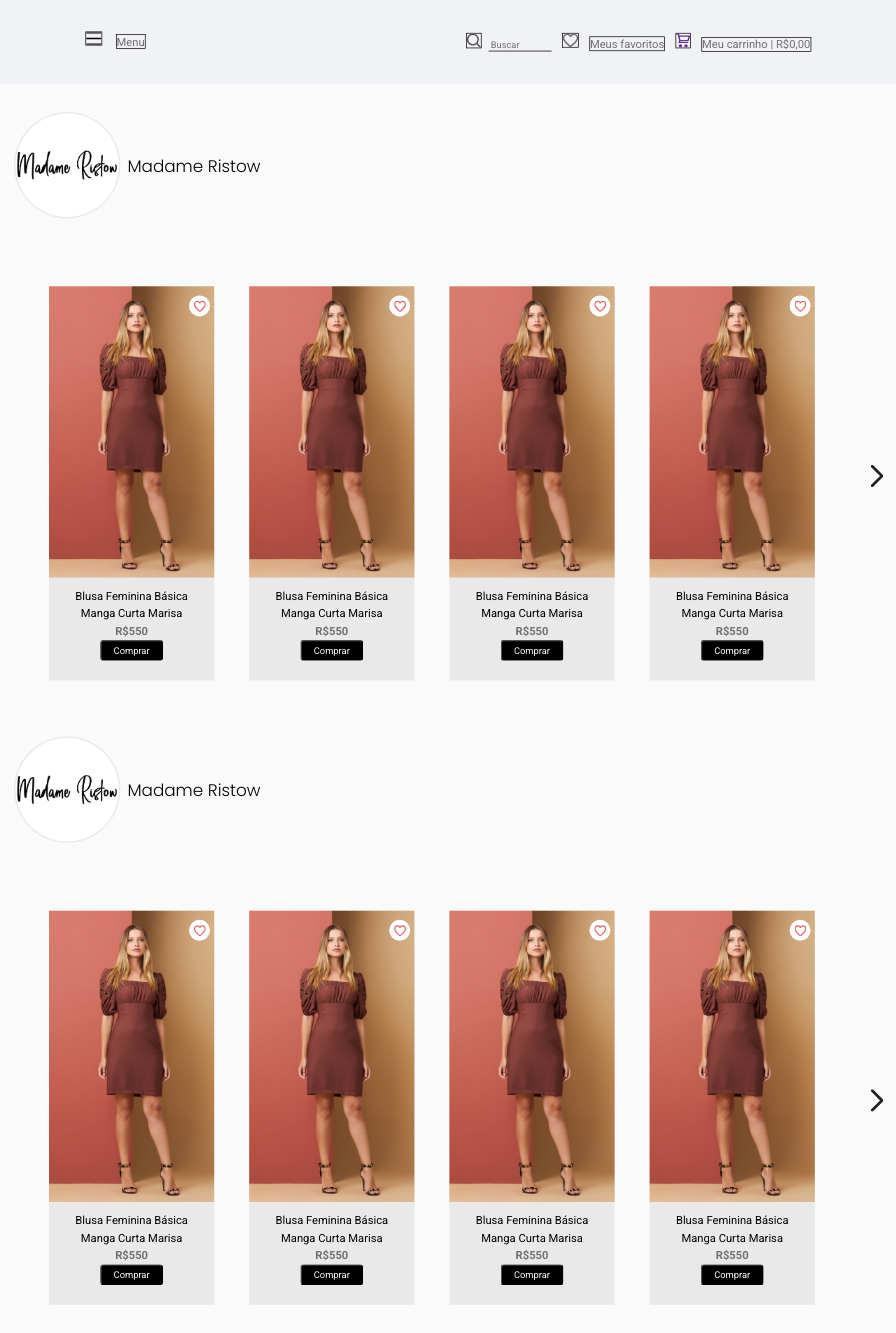
Repository: gutobarbosa/FrontEndLojaVirtual
Page: /
An editor plug-in stored every save of this project. The page is shown before and after the next save, followed by the edit.
The browser window is 1280 px wide. The pictures show the whole page, at 70% of full size.
The project was rebuilt for these pictures with package versions that can differ from the ones it lists, and the page was loaded fresh each time. Also part of the build but not shown: src/pages/Repository/styles.ts, src/services/api.ts, src/pages/Repository/index.tsx.

Above is the page before, as saved 2020-11-22 02:22:25.

### public/index.html
<!DOCTYPE html>
<html lang="en">
  <head>
    <meta charset="utf-8" />
    <meta name="viewport" content="width=device-width, initial-scale=1" />
    <meta name="theme-color" content="#000000" />

    <title></title>
    <link href="https://fonts.googleapis.com/css2?family=Roboto:wght@400;700&display=swap" rel="stylesheet">
    <link rel="preconnect" href="https://fonts.gstatic.com">
    <link rel="preconnect" href="https://fonts.gstatic.com">
<link href="https://fonts.googleapis.com/css2?family=Poppins:ital,wght@0,300;0,400;1,200&display=swap" rel="stylesheet">
</head>
  <body>
    <noscript>You need to enable JavaScript to run this app.</noscript>
    <div id="root"></div>

  </body>
</html>

### src/App.tsx
import React from 'react';
import { BrowserRouter as Router } from 'react-router-dom';

import Routes from './routes';

import GlobalStyle from '../src/styles/global';

const App: React.FC = () => (
  <>
    <GlobalStyle />
    <Router>
      <Routes />
    </Router>
  </>
);

export default App;

### src/routes/index.tsx
import React from 'react';
import {Switch, Route} from 'react-router-dom';

import Dashboard from '../pages/Dashboard';
import Repository from '../pages/Repository';

// rota da url, nesse caso a nossa rota atual é a raiz então vai apenas a / e o componente é que sera acessado através desse endereço url
const Routes: React.FC = () =>{
    return (
        <Switch>
            <Route path="/" exact component={Dashboard} />
            <Route path="/repositories/:repository+" component={Repository} />
        </Switch>
    );
}

export default Routes;

### src/styles/global.ts
import { createGlobalStyle } from 'styled-components';

export default createGlobalStyle`
  * {
    margin: 0;
    padding: 0;
    outline: 0;
    box-sizing: border-box;
  }

  body {
    background: #FAFAFA ;
    -webkit-font-smoothing: antialiased

  }

  body, input, button {
    font-family: 'Roboto', sans-serif;
    max-width: 1500vw;
  }

  button {
    cursor: pointer;
  }
`;

### src/pages/Dashboard/index.tsx
/* eslint-disable no-undef */

import React from "react";
import { Container, ContainerProducts } from "./styles";
import lefticon from '../../assets/avatar 152 x 152px.png';
import productimage from '../../assets/image-product.png';
import arrownext from '../../assets/arrowNext.svg';
import iconheart from '../../assets/iconHeart.svg';

import Header from '../../components/Header';

//import { Container, CardContainer, Card, TableContainer } from './styles';

const Dashboard: React.FC = () => {

  return (
    <>
    <Header/>
    <Container>
    <img src={lefticon} alt="Hamburguer" />
    <h3>Madame Ristow</h3>
    </Container>
    <ContainerProducts>
    <div className="containerBox">
            <div className="heart">
                <img src={iconheart} alt="Product" />
            </div>
            <div className="productBox">
                <div className="productImage">
                <img src={productimage} alt="Product" />
                </div>
                <div className="productinformation">
                <p>Blusa Feminina Básica Manga Curta Marisa<br/></p>
                    <p className ="bold">R$550 <br/></p>
                    <div className="buttonBuy">
                        <button>Comprar</button>
                    </div>
                </div>
            </div>
        </div>
        <div className="containerBox">
            <div className="heart">
                <img src={iconheart} alt="Product" />
            </div>
            <div className="productBox">
                <div className="productImage">
                <img src={productimage} alt="Product" />
                </div>
                <div className="productinformation">
                <p>Blusa Feminina Básica Manga Curta Marisa<br/></p>
                    <p className ="bold">R$550 <br/></p>
                    <div className="buttonBuy">
                        <button>Comprar</button>
                    </div>
                </div>
            </div>
        </div>
        <div className="containerBox">
            <div className="heart">
                <img src={iconheart} alt="Product" />
            </div>
            <div className="productBox">
                <div className="productImage">
                <img src={productimage} alt="Product" />
                </div>
                <div className="productinformation">
                <p>Blusa Feminina Básica Manga Curta Marisa<br/></p>
                    <p className ="bold">R$550 <br/></p>
                    <div className="buttonBuy">
                        <button>Comprar</button>
                    </div>
                </div>
            </div>
        </div>
        <div className="containerBox">
            <div className="heart">
                <img src={iconheart} alt="Product" />
            </div>
            <div className="productBox">
                <div className="productImage">
                <div>
                <img src={productimage} alt="Product" />
                </div>

                </div>
                <div className="productinformation">
                    <p>Blusa Feminina Básica Manga Curta Marisa<br/></p>
                    <p className ="bold">R$550 <br/></p>
                    <div className="buttonBuy">
                        <button>Comprar</button>
                    </div>
                </div>
            </div>
        </div>
        <div className="arrowNext">
            <img src={arrownext} alt="arrownext" />
        </div>
    </ContainerProducts>

    <Container>
    <img src={lefticon} alt="Hamburguer" />
    <h3>Madame Ristow</h3>
    </Container>
    <ContainerProducts>
        <div className="containerBox">
            <div className="heart">
                <img src={iconheart} alt="Product" />
            </div>
            <div className="productBox">
                <div className="productImage">
                <img src={productimage} alt="Product" />
                </div>
                <div className="productinformation">
                <p>Blusa Feminina Básica Manga Curta Marisa<br/></p>
                    <p className ="bold">R$550 <br/></p>
                    <div className="buttonBuy">
                        <button>Comprar</button>
                    </div>
                </div>
            </div>
        </div>
        <div className="containerBox">
            <div className="heart">
                <img src={iconheart} alt="Product" />
            </div>
            <div className="productBox">
                <div className="productImage">
                <img src={productimage} alt="Product" />
                </div>
                <div className="productinformation">
                <p>Blusa Feminina Básica Manga Curta Marisa<br/></p>
                    <p className ="bold">R$550 <br/></p>
                    <div className="buttonBuy">
                        <button>Comprar</button>
                    </div>
                </div>
            </div>
        </div>
        <div className="containerBox">
            <div className="heart">
                <img src={iconheart} alt="Product" />
            </div>
            <div className="productBox">
                <div className="productImage">
                <img src={productimage} alt="Product" />
                </div>
                <div className="productinformation">
                <p>Blusa Feminina Básica Manga Curta Marisa<br/></p>
                    <p className ="bold">R$550 <br/></p>
                    <div className="buttonBuy">
                        <button>Comprar</button>
                    </div>
                </div>
            </div>
        </div>

        <div className="containerBox">
            <div className="heart">
                <img src={iconheart} alt="Product" />
            </div>
            <div className="productBox">
                <div className="productImage">
                <div>
                <img src={productimage} alt="Product" />
                </div>

                </div>
                <div className="productinformation">
                    <p>Blusa Feminina Básica Manga Curta Marisa<br/></p>
                    <p className ="bold">R$550 <br/></p>
                    <div className="buttonBuy">
                        <button>Comprar</button>
                    </div>
                </div>
            </div>
        </div>
        <div className="arrowNext">
            <img src={arrownext} alt="arrownext" />
        </div>
    </ContainerProducts>
    </>
  );
};

export default Dashboard;

### src/pages/Dashboard/styles.ts
import styled from 'styled-components';
/*
interface CardProps {
  total?: boolean;
}*/

export const Container = styled.div`
  width: 100%;
  max-width: 1600px;
  margin: 0 auto;
  padding: 40px 20px;
  display: flex;
  align-items: center;


    img {
        justify-content: flex-start;
    }

    h3 {
        color: black;
        margin-left: 10px;
        font-family: 'Poppins', sans-serif;
        font-size: 24px;
        font-weight: 300;
    }
`;
export const ContainerProducts = styled.div`
width: 100%;
max-width: 1600px;
margin: 0 auto;
padding: 40px 20px;
display: flex;
align-items: center;
    .containerBox{
        width:100%;
        max-width: 300px;
        margin-left: 10px
    }
    .heart {
        width: 30px;
        height: 30px;
        background-color: white;
        border-radius: 15px;
        position: relative;
        right: -240px;
        top: 30px;
        align-items: center;
        cursor: pointer;
    }
    .heart img {
        align-items: center;
        width: 17px;
        height: 17px;
        margin: 0 auto;
        position: relative;
        top: 7px;
        left: 7px;
    }
    .productBox {
        width: 236px;
        height: 550px;
        margin-left: 40px;
        background: #E9E9E9;
    }
    .productinformation {
        max-width: 250px;
        max-height: 150px;
    }
    .productImage{
        max-width: 236px;
        max-height: 416px;
    }
    .productImage img {
        width: 100%;
        height: 416px;
        margin-top: -13px;
    }

    .arrowNext {
        margin-left: 80px;
    }
    .productinformation{
        width: 200px;
        size: 20px;
        justify-content: center;
        margin: 0 auto;
        margin-top: 10px;
    }
    .productinformation p{
        text-align: center;
        line-height: 25px;
    }
    .buttonBuy {
        width: 100%;
        margin: 0 auto;
        text-align: center;
    }
    .productinformation button{
        background: black;
        color: white;
        width: 90px;
        height: 30px;
        border-radius: 5px;
        cursor: pointer;
    }

    .bold{
        color: #707070;
        font-weight: bold;
    }


`;

### src/components/Header/index.tsx
import React from 'react';

//import { Link } from 'react-router-dom';
import hamburguerBars from '../../assets/hamburguer.svg';
import searchicon from '../../assets/searchIcon.svg';
import favoriteicon from '../../assets/favoriteIcon.svg';
import mycaricon from '../../assets/mycarIcon.svg'
import { Container, ContainerHeader, ContentLeft, ContentRight } from '../Header/styles';




const Header: React.FC = () => (
  <Container>
    <ContainerHeader>
    <header>
      <ContentLeft>
        <div className="menuTotal">
          <img src={hamburguerBars} alt="Hamburguer" />
          <span className="menu">Menu</span>
        </div>
      </ContentLeft>
      <ContentRight>
        <div className="searchTotal">
          <img src={searchicon} alt="Hamburguer" />
          <input placeholder=" Buscar" type="text"/>
        </div>
        <div className="favoritesTotal">
          <img src={favoriteicon} alt="Favorite" />
          <span>Meus favoritos</span>
        </div>
        <div className="MycarTotal">
          <img src={mycaricon} alt="Mycar" />
          <span>Meu carrinho | R$0,00</span>
        </div>
      </ContentRight>
    </header>
    </ContainerHeader>
  </Container>
);

export default Header;

### src/components/Header/styles.ts
import styled from 'styled-components';
/*
interface ContainerProps {
  size?: 'small' | 'large';
}*/

export const Container = styled.div`
  background: #F0F2F5;
  padding: 30px;
  width: 100%;

  header {
    height: 60px;
    margin: 0 auto;
    display: flex;
    align-items: center;
    justify-content: space-between;
  }

  span {
    color: #707070;
    text-align: left;
    opacity: 1;
    margin-left: 35px;
    cursor: pointer;
    border: 1px solid black;
  }
  .menu{
    margin-left: 10px;

  }
  input {
    border-left: 0px solid black;
    border-right: 0px solid black;
    border-top: 0px solid black;
    width: 90px;
    background: #F0F2F5;
  }

   img {
    margin-right: 10px;
    border: 1px solid black;
   }

   .menuTotal{
     width:100px;
     height:30px;
     cursor:pointer;
   }

   .menuTotal:hover{
    opacity: 0.5;
  }
`;

export const ContainerHeader = styled.div`
width: 85%;
margin: 0 auto;
`;


export const ContentLeft = styled.div`

`;

export const ContentRight = styled.div`
  display: flex;
  margin-left: 20px;
  .favoritesTotal img {
        margin-right: -20px;
        margin-left: 15px
    }

    .favoritesTotal:hover{
        cursor:pointer;
        opacity: 0.7;
    }

    .MycarTotal img {
        margin-right: -20px;
        margin-left: 15px
    }

    .MycarTotal:hover{
        cursor:pointer;
        opacity: 0.7;
    }


`;

Loaded but not shown: src/index.tsx (common file)

After the next save:
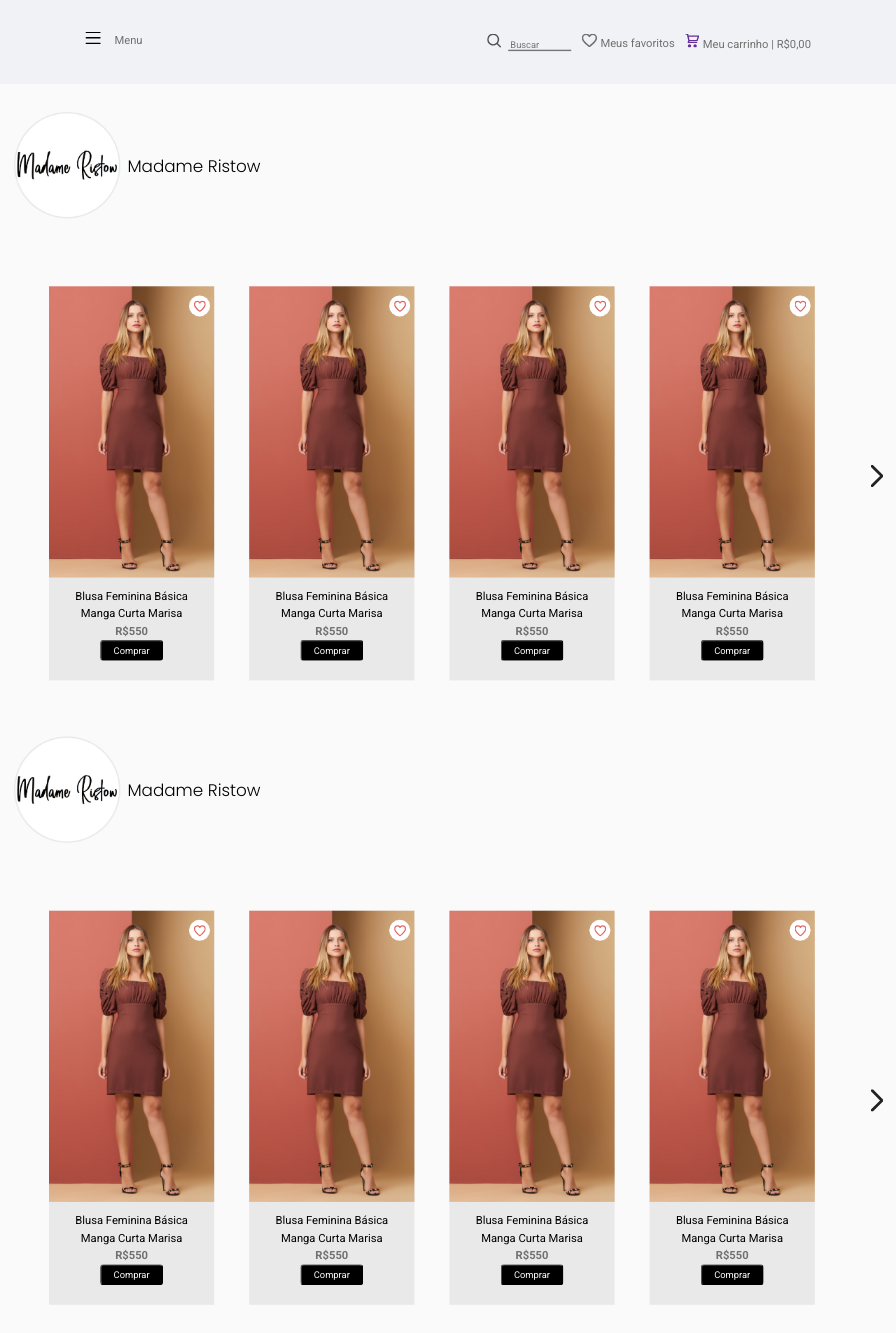
Saved 23 s later.
--- a/src/components/Header/styles.ts
+++ b/src/components/Header/styles.ts
@@ -21,9 +21,8 @@ export const Container = styled.div`
     color: #707070;
     text-align: left;
     opacity: 1;
-    margin-left: 35px;
+    margin-left: 25px;
     cursor: pointer;
-    border: 1px solid black;
   }
   .menu{
     margin-left: 10px;
@@ -39,7 +38,6 @@ export const Container = styled.div`
 
    img {
     margin-right: 10px;
-    border: 1px solid black;
    }
 
    .menuTotal{
